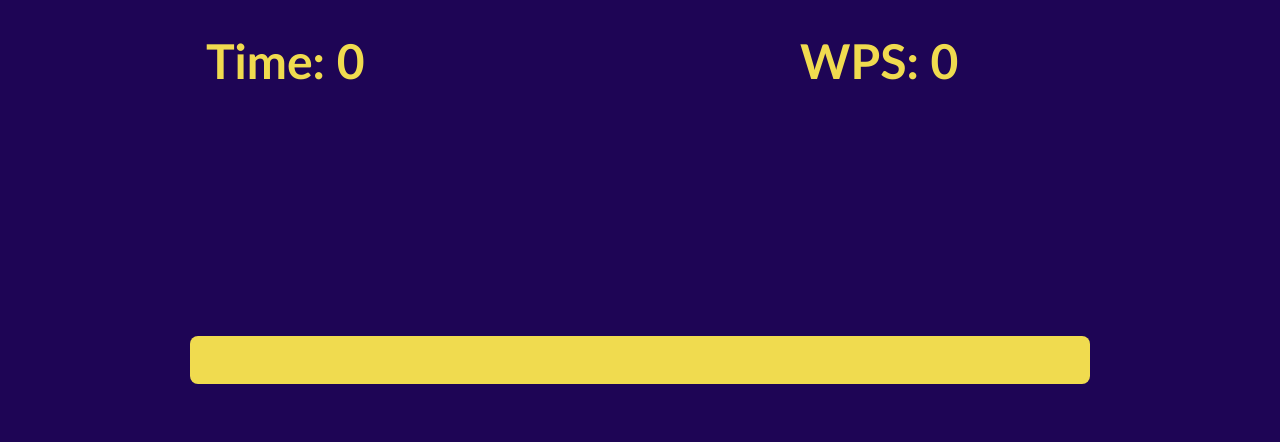
Repository: KhangNguyenIU/Vanilajs-TypingSpeed
Page: index.html
The author's editor kept a copy of each file at every save. The page is drawn from the files as they stood at one save, then again after the next save.
The browser window is 1280 px wide. The pictures show the whole page.
The page's requests for data from a server got no answer.

Above is the page before, as saved 2021-10-15 13:37:12.

After the next save:
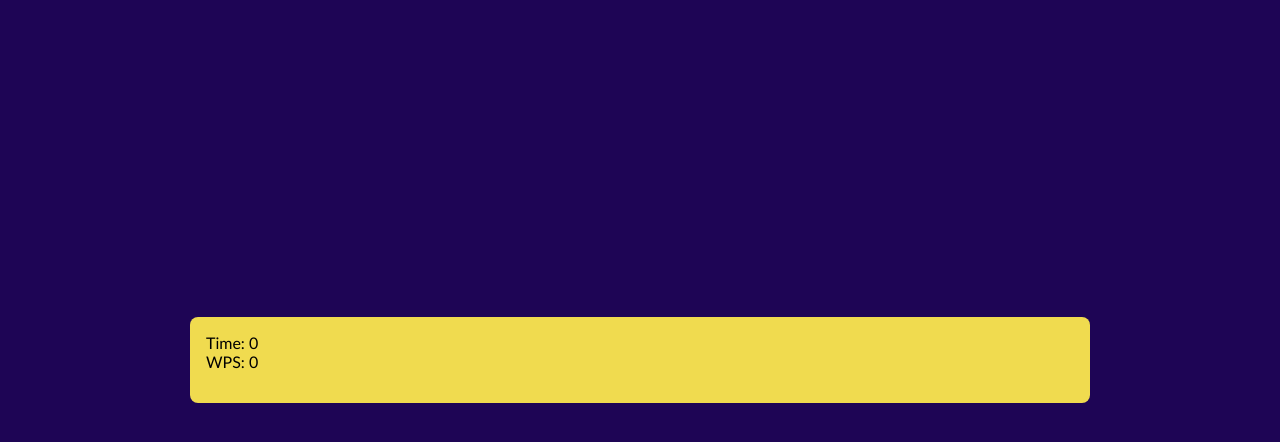
Saved 5 s later.
--- a/style.css
+++ b/style.css
@@ -83,22 +83,7 @@
   }
 
 
-  .timer {
-    position: absolute;
-    top: 2rem;
-    font-size: 3rem;
-    color: #F0DB4F;
-    font-weight: bold;
-  }
 
-  .word-speed {
-    position: absolute;
-    top: 2rem;
-    left:50rem;
-    font-size: 3rem;
-    color: #F0DB4F;
-    font-weight: bold;
-  }
 
   .quote-display {
     margin-bottom: 1rem;
